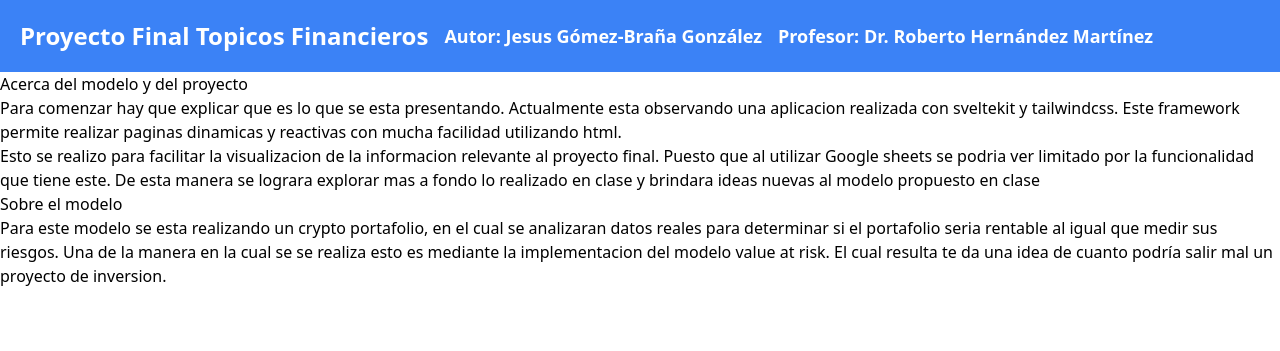
Repository: SistemaACT/Portafolio
Page: /
These files come from the project's save history. The page is drawn as it stood at one moment and after the next save; the edit follows.
The browser window is 1280 px wide. The pictures show the whole page.
The project was rebuilt for these pictures with package versions that can differ from the ones it lists, and the page was loaded fresh each time. The framework's server and built-in components were replaced by stand-ins that run in the browser. Also part of the build but not shown: svelte.config.js, vite.config.ts.

Above is the page before, as saved 2024-07-07 00:27:36.

After the next save:
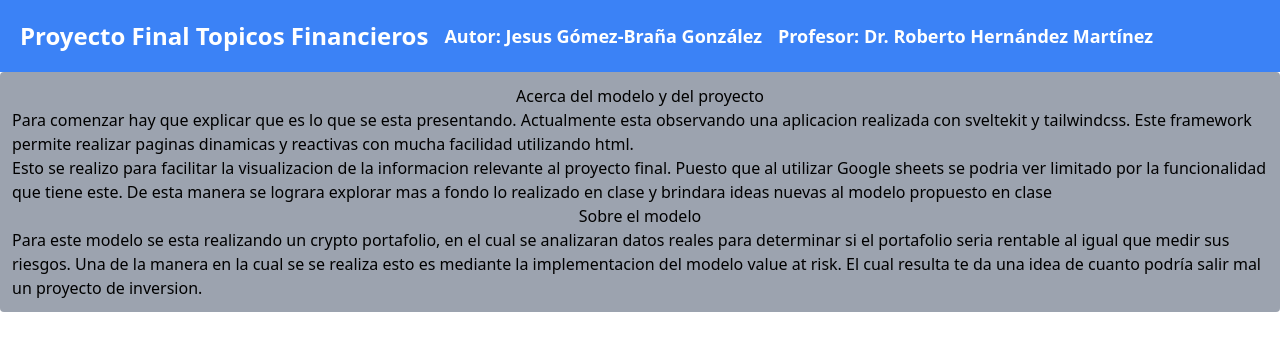
Saved 27 s later.
--- a/src/routes/+page.svelte
+++ b/src/routes/+page.svelte
@@ -7,7 +7,7 @@
 
 </div>
 
-<div>
+<div class="bg-gray-400 rounded p-3 flex flex-col items-center">
     <h2>Acerca del modelo y del proyecto</h2>
     <p>
         Para comenzar hay que explicar que es lo que se esta presentando. Actualmente
